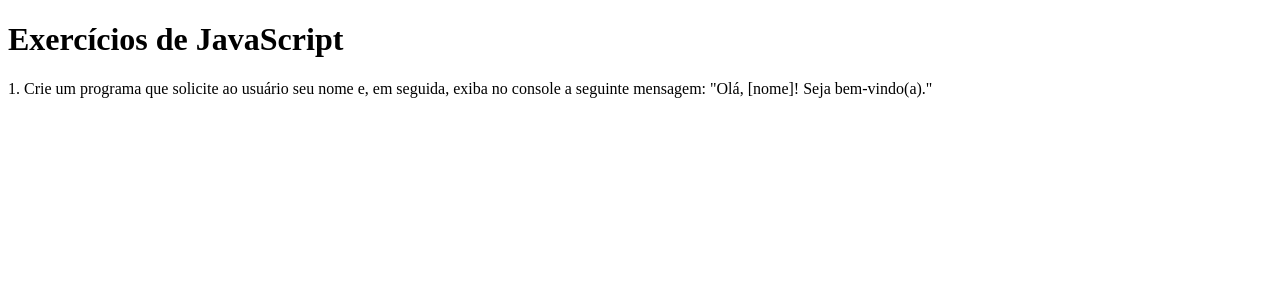
Repository: Anajaraa/atividadeJS
Page: index.html
The author's editor kept a copy of each file at every save. The page is drawn from the files as they stood at one save, then again after the next save.
The browser window is 1280 px wide. The pictures show the whole page.

Above is the page before, as saved 2025-08-05 09:09:50.

After the next save:
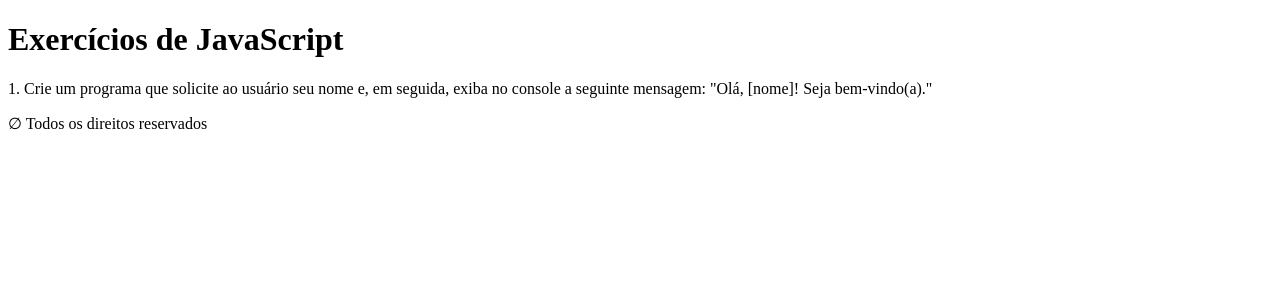
Saved 53 s later.
--- a/index.html
+++ b/index.html
@@ -10,5 +10,10 @@
     <p>1. Crie um programa que solicite ao usuário seu nome e, em seguida, exiba no console a seguinte mensagem:
      "Olá, [nome]! Seja bem-vindo(a)."
     </p>
+
+    <footer>
+        &empty; Todos os direitos reservados
+    </footer>
+
 </body>
 </html>
